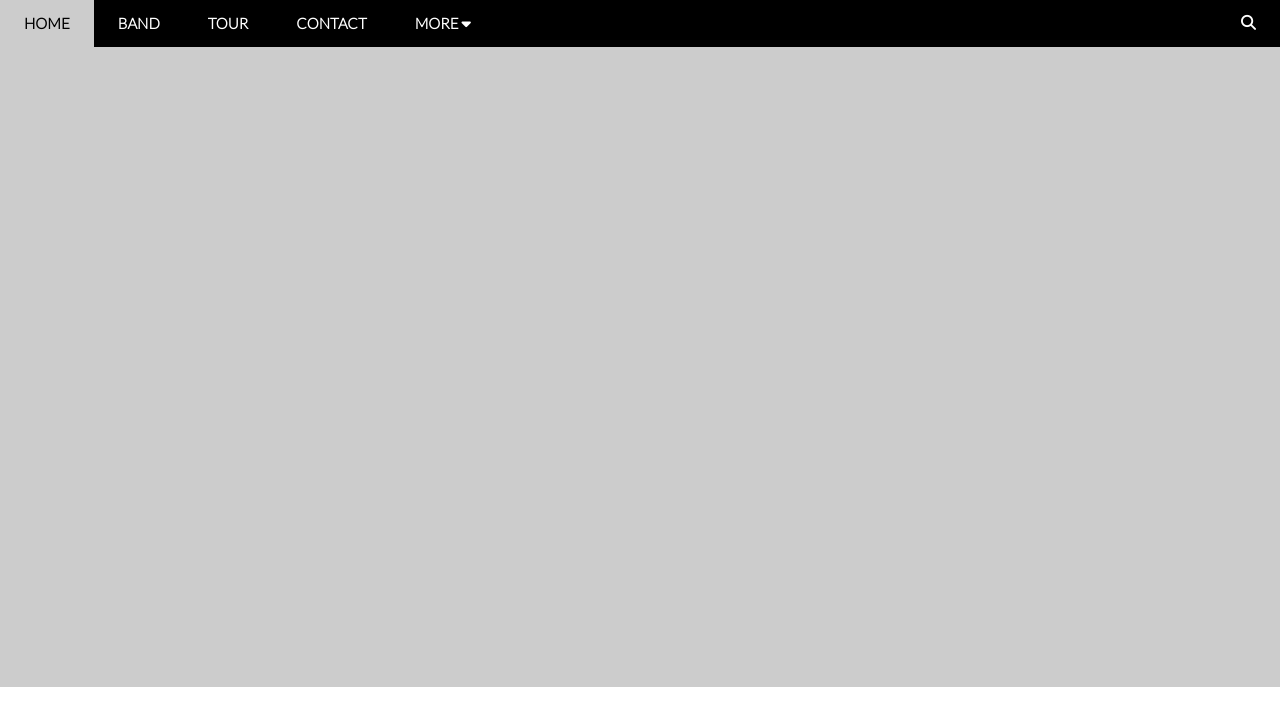
Repository: vanmanhAI/project-03-w3
Page: index.html
These files come from the project's save history. The page is drawn as it stood at one moment and after a run of saves; the edit follows.
The browser window is 1280 px wide. The pictures show the whole page.
Some web libraries are served in a nearby version.

Above is the page before, as saved 2022-07-09 21:43:53.

After the next 4 saves:
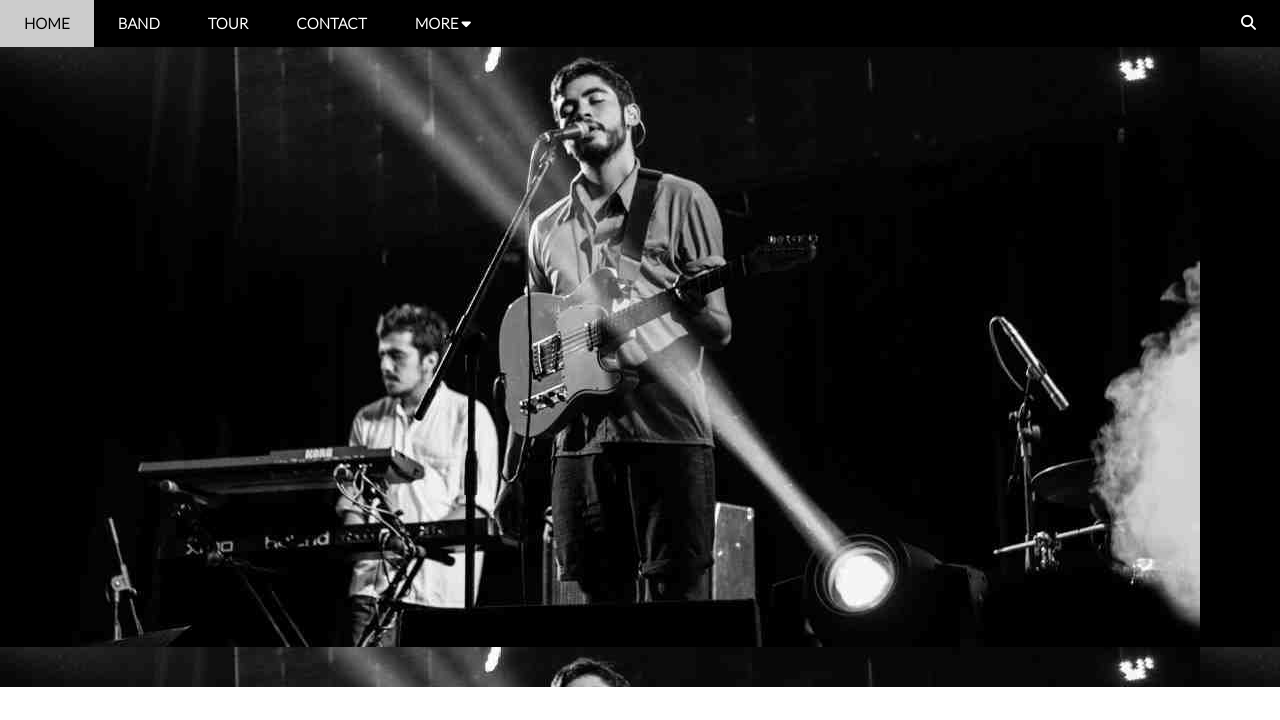
The 4 saves are shown as one change because they came seconds apart.
The last was saved 12 s later.
--- a/assets/css/style.css
+++ b/assets/css/style.css
@@ -94,7 +94,7 @@
     margin-top: calc(var(--lineheight-nav) + 2*var(--padding-nav));
     background: #ccc;
     padding-top: 50%;
-    background:
+    background: url('/assets/img/sliders/chicago.jpg')
 }
 #content {
 

After the 2 saves that followed:
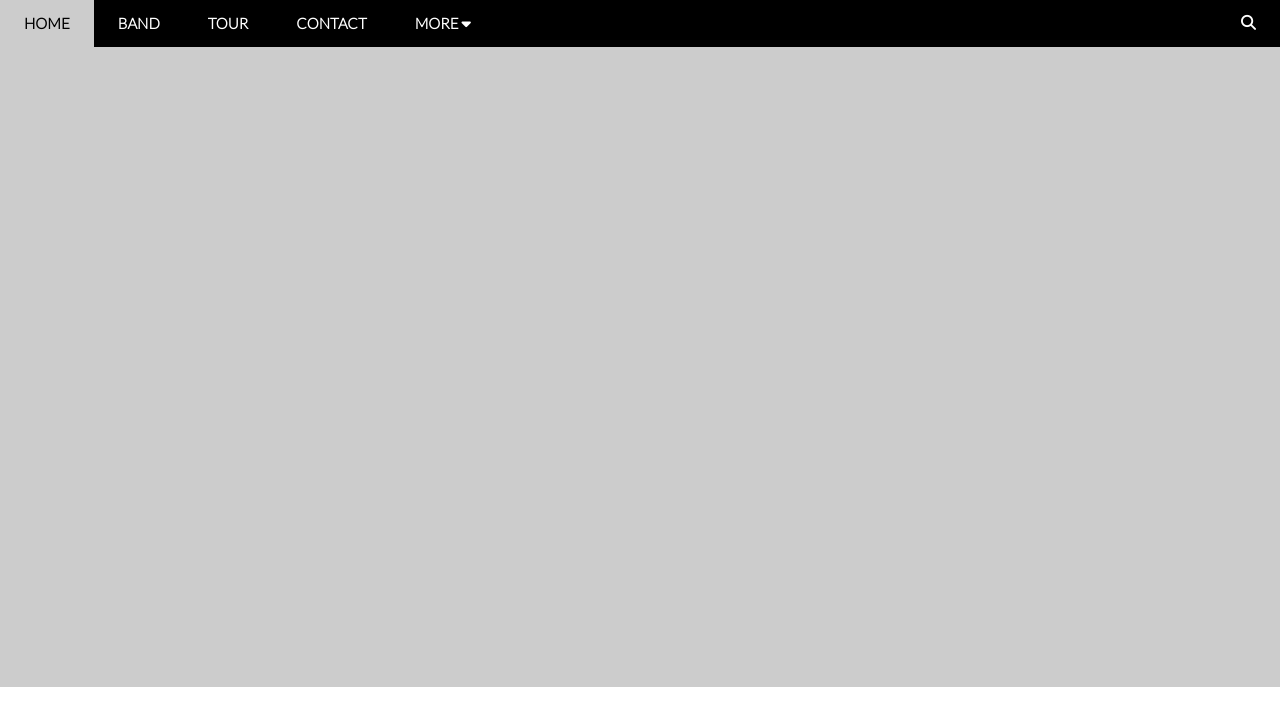
The 2 saves are shown as one change because they came seconds apart.
The last was saved 66 s later.
--- a/assets/css/style.css
+++ b/assets/css/style.css
@@ -94,7 +94,7 @@
     margin-top: calc(var(--lineheight-nav) + 2*var(--padding-nav));
     background: #ccc;
     padding-top: 50%;
-    background: url('/assets/img/sliders/chicago.jpg')
+    background: url('/assets/img/sliders/chicago.jpg') top/c
 }
 #content {
 
